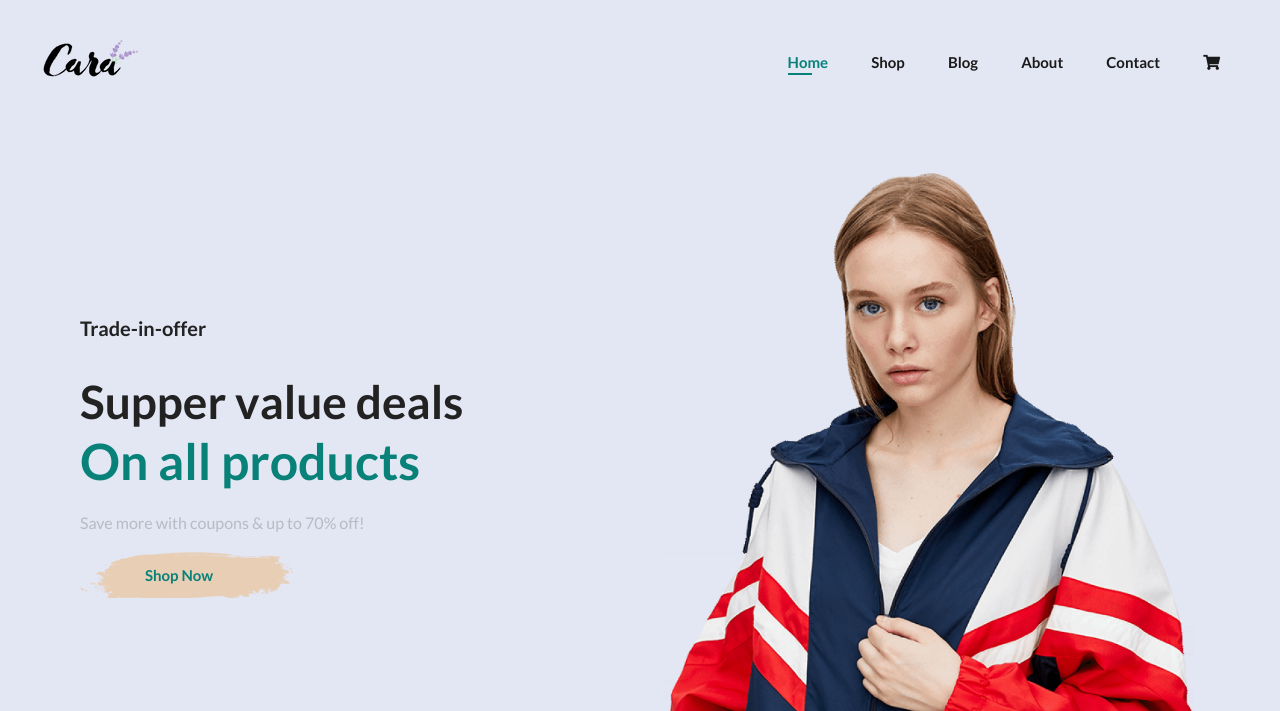
Repository: Nguyenductuan-dev/Website-Clothes
Page: index.html
These files come from the project's save history. The page is drawn as it stood at one moment and after the next save; the edit follows.
The browser window is 1280 px wide. The pictures show the part of the page from y = 0 to 711 px (the page is 1650 px tall before and 1610 px after).
A picture or video elsewhere on the page could not be fetched, so the positions and the page height are approximate.

Above is the page before, as saved 2022-04-24 16:59:53.

### index.html
<!DOCTYPE html>
<html lang="en">
<head>
    <meta charset="UTF-8">
    <meta http-equiv="X-UA-Compatible" content="IE=edge">
    <meta name="viewport" content="width=device-width, initial-scale=1.0">
    <link rel="shortcut icon" href="assets/imgs/favicon.png" type="image/x-icon">
    <link rel="stylesheet" href="https://cdnjs.cloudflare.com/ajax/libs/font-awesome/5.15.1/css/all.min.css" />
    <link rel="preconnect" href="https://fonts.googleapis.com">
    <link rel="preconnect" href="https://fonts.gstatic.com" crossorigin>
    <link href="https://fonts.googleapis.com/css2?family=Lato:wght@400;700&family=Montserrat:ital,wght@0,200;0,300;0,400;0,500;0,600;0,700;1,600&display=swap" rel="stylesheet">
    <link rel="stylesheet" href="assets/css/style.css">
    <title>Website Clothes</title>
</head>
<body>
    <!-- ======================= HEADER ====================== -->
    <header class="header " id="header">
        <div class="header__container container">
            <a href="index.html" class="header__logo">
                <img src="assets/images/logo.png" alt="" class="header__logo-img">
            </a>

            <div class="navbar" id="navbar">
                <ul class="navbar__list">
                    <li class="navbar__item ">
                        <a href="index.html" class="navbar__link navbar__active">Home</a>
                    </li>
                    <li class="navbar__item">
                        <a href="shop.html" class="navbar__link">Shop</a>
                    </li>
                    <li class="navbar__item">
                        <a href="blog.html" class="navbar__link">Blog</a>
                    </li>
                    <li class="navbar__item">
                        <a href="about.html" class="navbar__link">About</a>
                    </li>
                    <li class="navbar__item">
                        <a href="contact.html" class="navbar__link">Contact</a>
                    </li>
                    <li class="navbar__item">
                        <a href="cart.html" class="navbar__link">
                            <i class="fas fa-shopping-cart"></i>
                        </a>
                    </li>
                </ul>
            </div>
        </div>
    </header>

    <!-- ======================= BANNER ====================== -->
    <section class="banner" id="banner">
        <div class="banner__container container">
            <h4>Trade-in-offer</h4>
            <h2>Supper value deals</h2>
            <h1>On all products</h1>
            <p>Save more with coupons & up to 70% off!</p>
            <button class="banner__btn">
                Shop Now
            </button>
        </div>
    </section>
    <section class="home grid" id="home">
        <div class="home__container">
            <div class="home__content container">
                <h1 class="home__title">
                    Choose Your Favorite Coffee And Endjoy<span>,</span>
                </h1>
               <p class="home__description">
                   Buy the best and delicius coffees.
               </p>

               <div class="home__data">
                   <div class="home__data-group">
                       <h2 class="home__data-number">120k</h2>
                       <h3 class="home-data-title">Testimonials</h3>
                       <p class="home__data-description">
                           Testimonials from various customers who true us.
                       </p>
                   </div>

                   <div class="home__data-group">
                    <h2 class="home__data-number">340+</h2>
                    <h3 class="home-data-title">Exclusive Product</h3>
                    <p class="home__data-description">
                        Premium preparation with quality ingredients.
                    </p>
                </div>
               </div>

               <a href="#specialty">
                   <img src="assets/imgs/scroll.png" alt="" class="home__scroll">
               </a>
            </div>
        </div>

        <img src="assets/imgs/home.png" alt="" class="home__img">
    </section>

    <script src="assets/js/main.js"></script>
</body>
</html>

### assets/css/style.css
* {
    margin: 0;
    padding: 0;
    box-sizing: border-box;
    font-family: 'Lato', sans-serif;
}
h1 {
    font-size: 50px;
    line-height: 64px;
    color: #222;
}
h2 {
    font-size: 46px;
    line-height: 54px;
    color: #222;
}

h4 {
    font-size: 20px;
    line-height: 64px;
    color: #222;
}
h6 {
    font-weight: 700;
    font-size: 12px;
}
p {
    font-size: 16px;
    color: #4444;
}
body {
    width: 100%;
}
.container {
    max-width: 1200px;
    margin: auto;
}
/* ================ HEADER =================== */
.header {
    background-color: #e3e6f3;
    box-shadow: 0 5px 15px rgba(0, 0, 0, .06);
    padding: 20px 0;
}
.header__container {
    max-width: 1200px;
    display: flex;
    justify-content: space-between;
    align-items: center;
    padding: 20px 0;
    margin: auto;
}
.navbar {
    display: inline-block;
}
.navbar__item {
    display: inline-block;
    list-style: none;
    padding: 0 20px;
    position: relative;
}
.navbar__link {
    text-decoration: none;
    color: #1a1a1a;
    font-size: 15px;
    font-weight: 600;
    transition: .3s ease;

}
.navbar__link:hover,
.navbar__link.navbar__active {
    color: #088178;
}
.navbar__active::after,
.navbar__link:hover::after {
    content: '';
    width: 30%;
    height: 2px;
    background-color: #088178;
    position: absolute;
    bottom: -4px;
    left: 20px;
}
.scroll-header {
    position: fixed;
    top: 0;
    left: 0;
    width: 100%;
    padding: 10px 0;
    transition: .3s;
}
/* ================ BANNER =================== */
.banner {
    background-image: url('../images/hero4.png');
    width: 100%;
    background-position: top 25% right 0;
    background-size: cover;
    padding: 0 80px;
}
.banner__container {
    display: flex;
    height: 90vh;
    flex-direction: column;
    align-items: flex-start;
    justify-content: center;
}
.banner__container h4 {
    padding-bottom: 15px;
}
.banner__container h1 {
    color: #088178;
}
.banner__container p {
    padding: 20px 0;
}
.banner__container .banner__btn {
    background-image: url('../images/button.png');
    background-color: transparent;
    color: #088178;
    border: none;
    padding: 14px 80px 14px 65px;
    background-repeat: no-repeat;
    cursor: pointer;
    font-weight: 700;
    font-size: 15px;
}

### assets/js/main.js
/* ================ SCROLL HEADER ================*/
function scrollheader() {
    let header = document.getElementById('header');
    if (this.scrollY >= 200) {
        header.classList.add('scroll-header')
    }
    else {
        header.classList.remove('scroll-header');
    }
}
window.addEventListener('scroll', scrollheader);

After the next save:
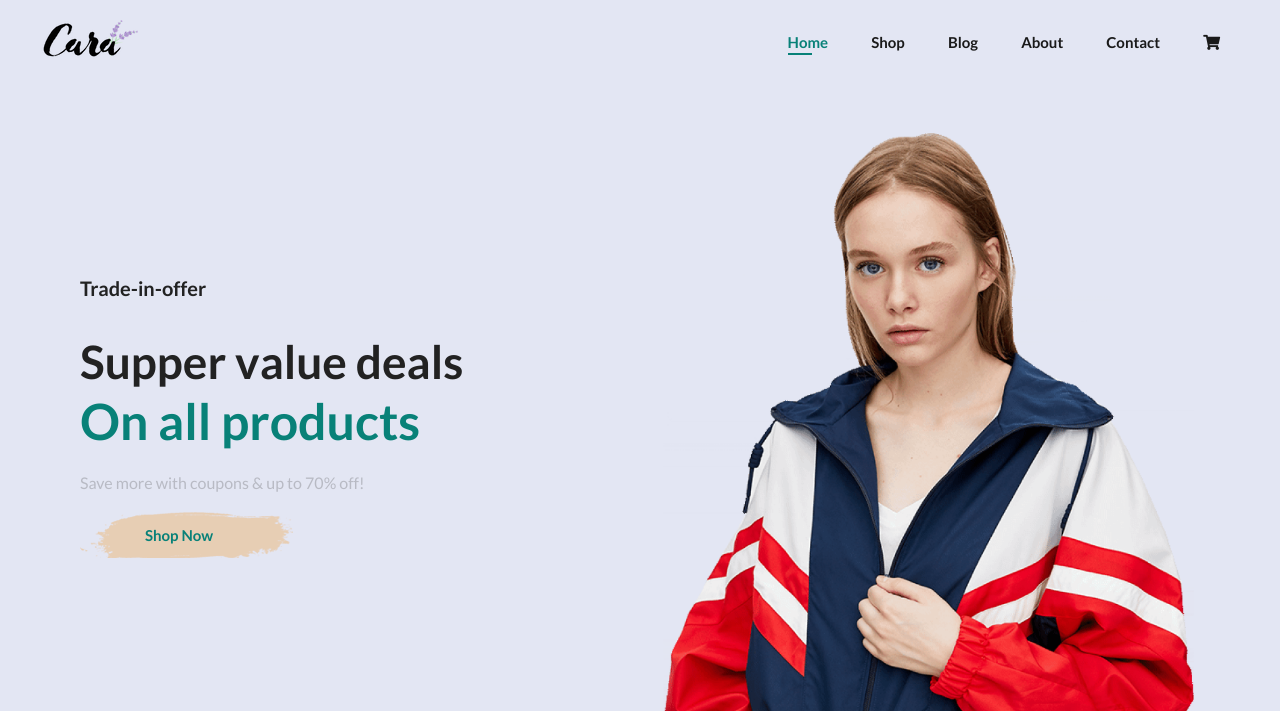
Saved 32 s later.
--- a/assets/css/style.css
+++ b/assets/css/style.css
@@ -46,7 +46,6 @@ body {
     display: flex;
     justify-content: space-between;
     align-items: center;
-    padding: 20px 0;
     margin: auto;
 }
 .navbar {
